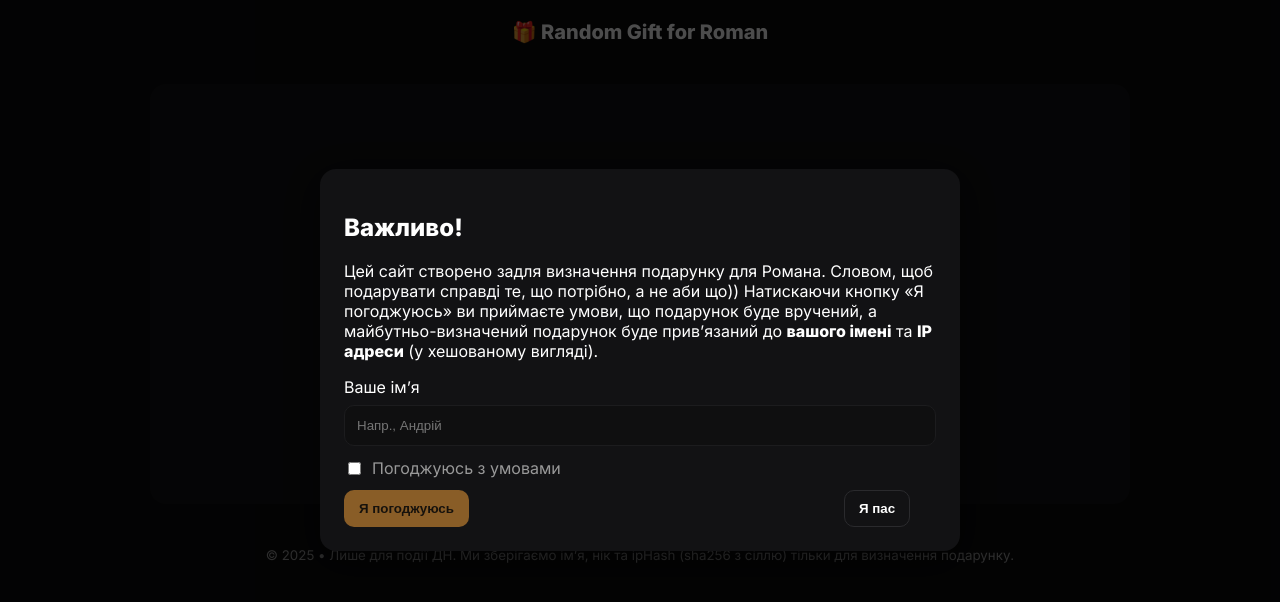
Repository: torunok/random-gift-roman
Page: docs/index.html
These files come from the project's save history. The page is drawn as it stood at one moment and after the next save; the edit follows.
The browser window is 1280 px wide. The pictures show the whole page.
The page's requests for data from a server got no answer.

Above is the page before, as saved 2025-11-10 15:15:44.

### docs/index.html
<!DOCTYPE html>
<html lang="uk">
  <head>
    <meta charset="utf-8" />
    <meta name="viewport" content="width=device-width, initial-scale=1" />
    <title>Random Gift for Roman</title>
    <link rel="preconnect" href="https://fonts.googleapis.com" />
    <link rel="preconnect" href="https://fonts.gstatic.com" crossorigin />
    <link href="https://fonts.googleapis.com/css2?family=Inter:wght@400;600;800&display=swap" rel="stylesheet" />
    <link rel="stylesheet" href="./styles.css" />
  </head>
  <body>
    <div id="app">
      <header class="header">
        <h1>🎁 Random Gift for Roman</h1>
      </header>

      <main class="main">
        <!-- Контейнер для сценаріїв/анімацій -->
        <section id="stage" class="stage"></section>
      </main>

      <footer class="footer">
        <small>© 2025 • Лише для події ДН. Ми зберігаємо ім’я, нік та ipHash (sha256 з сіллю) тільки для визначення подарунку. </small>
      </footer>
    </div>

    <!-- Модалка з умовами -->
    <div class="modal" id="consentModal" aria-hidden="true">
      <div class="modal-content">
        <h2>Важливо!</h2>
        <p>
          Цей сайт створено задля визначення подарунку для Романа. Словом, щоб подарувати справді те, що потрібно, а не аби що)) Натискаючи кнопку «Я погоджуюсь» ви приймаєте умови, що подарунок буде вручений, а
          майбутньо-визначений подарунок буде прив’язаний до <strong>вашого імені</strong> та <strong>IP адреси</strong> (у хешованому вигляді).
        </p>
        <label class="field">
          <span>Ваше ім’я</span>
          <input id="inputName" type="text" placeholder="Напр., Андрій" />
        </label>
        <label class="check">
          <input id="checkboxAgree" type="checkbox" />
          <span>Погоджуюсь з умовами</span>
        </label>
        <div class="actions">
          <button id="btnAgree" class="btn btn-primary" disabled>Я погоджуюсь</button>
          <button id="btnPass" class="btn btn-ghost">Я пас</button>
        </div>
      </div>
    </div>

    <script>
      window.API_BASE = "https://random-gift-roman.myhappyb.workers.dev"; // приклад: https://random-gift-roman.yourname.workers.dev
    </script>
    <script src="./app.js" defer></script>
  </body>
</html>

### docs/styles.css
:root {
    --bg: #0B0B0C;
    --fg: #FFFFFF;
    --muted: #999;
    --accent: #FFA73B;
    --panel: #121214;
}

* {
    box-sizing: border-box
}

html,
body {
    margin: 0;
    padding: 0;
    background: var(--bg);
    color: var(--fg);
    font-family: Inter, system-ui, -apple-system, Segoe UI, Roboto, Ubuntu, "Helvetica Neue", Arial, sans-serif
}

.header {
    padding: 20px;
    display: flex;
    justify-content: center
}

.header h1 {
    font-size: 20px;
    font-weight: 800;
    margin: 0
}

.header--admin {
    justify-content: flex-start
}

.main {
    display: flex;
    justify-content: center;
    align-items: center;
    min-height: 60vh;
    padding: 20px
}

.stage {
    width: min(980px, 94vw);
    min-height: 420px;
    border-radius: 16px;
    background: var(--panel);
    padding: 24px;
    position: relative;
    overflow: hidden
}

.footer {
    padding: 20px;
    text-align: center;
    color: var(--muted)
}

.modal {
    position: fixed;
    inset: 0;
    background: rgba(0, 0, 0, .7);
    display: flex;
    align-items: center;
    justify-content: center;
    z-index: 50
}

.modal[aria-hidden="true"] {
    display: none
}

.modal-content {
    background: var(--panel);
    width: min(640px, 94vw);
    padding: 24px;
    border-radius: 16px;
    box-shadow: 0 10px 40px rgba(0, 0, 0, .5)
}

.field {
    display: flex;
    flex-direction: column;
    gap: 8px;
    margin: 12px 0
}

.field input,
.field textarea {
    background: #0f0f10;
    border: 1px solid #1c1c1e;
    color: var(--fg);
    border-radius: 10px;
    padding: 12px
}

.check {
    display: flex;
    align-items: center;
    gap: 8px;
    margin: 12px 0;
    color: var(--muted)
}

.actions {
    display: flex;
    gap: 12px;
    margin-top: 12px
}

.btn {
    appearance: none;
    border: 1px solid transparent;
    padding: 10px 14px;
    border-radius: 10px;
    font-weight: 600;
    cursor: pointer
}

.btn-primary {
    background: var(--accent);
    color: #1b1205
}

.btn-ghost {
    margin-bottom: 400px;
    margin-left: 500px;
    position: fixed;
    background: transparent;
    border-color: #2a2a2d;
    color: white;
}

.btn:disabled {
    opacity: .5;
    cursor: not-allowed
}

.card {
    background: var(--panel);
    padding: 16px;
    border-radius: 12px;
    box-shadow: 0 8px 30px rgba(0, 0, 0, .3);
    margin-bottom: 16px
}

.table {
    width: 100%;
    border-collapse: collapse
}

.table th,
.table td {
    border-bottom: 1px solid #1e1e22;
    padding: 10px;
    text-align: left
}

.hidden {
    display: none
}

.row {
    display: flex;
    gap: 12px;
    align-items: center;
    margin: 8px 0
}

/* Анімації */
.fade-in {
    animation: fade-in .5s ease forwards
}

@keyframes fade-in {
    from {
        opacity: 0
    }

    to {
        opacity: 1
    }
}

.slide-left {
    animation: slide-left .6s ease forwards
}

@keyframes slide-left {
    from {
        opacity: 0;
        transform: translateX(-30px)
    }

    to {
        opacity: 1;
        transform: none
    }
}

.slide-right {
    animation: slide-right .6s ease forwards
}

@keyframes slide-right {
    from {
        opacity: 0;
        transform: translateX(30px)
    }

    to {
        opacity: 1;
        transform: none
    }
}

.scale-in {
    animation: scale-in .5s ease forwards
}

@keyframes scale-in {
    from {
        opacity: 0;
        transform: scale(.92)
    }

    to {
        opacity: 1;
        transform: scale(1)
    }
}

/* Спец екрани */
.full-black {
    position: absolute;
    inset: 0;
    background: #000;
    display: flex;
    align-items: center;
    justify-content: center;
    color: #fff;
    font-size: 28px
}

.center {
    display: flex;
    align-items: center;
    justify-content: center
}

/* Блок подарунку + опис як суцільний */
.gift-wrap {
    display: flex;
    gap: 20px;
    align-items: center;
    justify-content: center;
    flex-wrap: wrap
}

.gift-img {
    max-width: min(60vw, 480px);
    border-radius: 12px;
    box-shadow: 0 10px 40px rgba(0, 0, 0, .6)
}

.gift-desc {
    max-width: 520px;
    background: #101012;
    border: 1px solid #202026;
    padding: 16px 20px;
    border-radius: 12px
}

/* Фото зліва + текст справа */
.intro {
    display: flex;
    gap: 20px;
    align-items: center;
    justify-content: center;
    flex-wrap: wrap
}

.intro .photo {
    width: 160px;
    height: 160px;
    border-radius: 16px;
    overflow: hidden
}

.intro .photo img {
    width: 100%;
    height: 100%;
    object-fit: cover
}

.intro .text {
    max-width: 560px
}

### docs/app.js
// ========== БАЗА ==========
const API = () => (window.API_BASE || '').replace(/\/$/, '');
const $ = (s, r = document) => r.querySelector(s);
const $$ = (s, r = document) => Array.from(r.querySelectorAll(s));
const stage = $('#stage');
const consentModal = $('#consentModal');
const inputName = $('#inputName');
const checkboxAgree = $('#checkboxAgree');
const btnAgree = $('#btnAgree');
const btnPass = $('#btnPass');

const sleep = (ms) => new Promise(r => setTimeout(r, ms));
const el = (html) => { const d = document.createElement('div'); d.innerHTML = html.trim(); return d.firstElementChild; };
function escapeHtml(str = '') { return String(str).replace(/[&<>"]+/g, s => ({ "&": "&amp;", "<": "&lt;", ">": "&gt;", "\"": "&quot;" }[s])); }

// Безпечний fetch API з лімітованим парсингом
async function api(path, opts = {}) {
  const url = API() + path;
  let res;
  try {
    res = await fetch(url, {
      ...opts,
      headers: { 'Content-Type': 'application/json', ...(opts.headers || {}) }
    });
  } catch (e) {
    // офлайн / розірване з'єднання
    throw new Error('Немає інтернету або сервер недоступний');
  }
  const text = await res.text();
  let data = {};
  try { data = text ? JSON.parse(text) : {}; } catch { /* залишимо як {} */ }
  if (!res.ok) {
    const msg = (data && data.error) ? data.error : (text || `HTTP ${res.status}`);
    throw new Error(msg);
  }
  return data;
}

// Абсолютний URL до зображення
function absoluteUrl(u = '') {
  if (!u) return '';
  if (/^https?:\/\//i.test(u)) return u;
  // відносні шляхи (наприклад, /img/gifts/....webp) — префіксуємо Worker'ом
  return API() + u;
}

// ====== CONSENT ======
function showConsent() { consentModal?.setAttribute('aria-hidden', 'false'); }
function hideConsent() { consentModal?.setAttribute('aria-hidden', 'true'); }

checkboxAgree?.addEventListener('change', () => {
  btnAgree.disabled = !(checkboxAgree.checked && inputName.value.trim().length >= 2);
});
inputName?.addEventListener('input', () => {
  btnAgree.disabled = !(checkboxAgree.checked && inputName.value.trim().length >= 2);
});

btnPass?.addEventListener('click', () => {
  const msg = el(`<div class="card fade-in"><h2>Дякую за щирість! Гарного дня 😄</h2></div>`);
  stage.innerHTML = ''; stage.appendChild(msg); hideConsent();
  api('/api/agree', { method: 'POST', body: JSON.stringify({ name: 'PASS' }) }).catch(() => {});
});

btnAgree?.addEventListener('click', async () => {
  const name = inputName.value.trim();
  if (!name) return;

  try {
    await api('/api/agree', { method: 'POST', body: JSON.stringify({ name }) });
  } catch (e) {
    // навіть якщо не відпрацює — дамо юзеру рухатись далі
    console.warn('agree failed:', e.message);
  }

  hideConsent();

  // якщо вже є призначення — показуємо фінал
  try {
    const me = await api('/api/me', { method: 'GET' });
    if (me && me.assigned) return renderFinal(me.gift, me.name, me.telegram);
  } catch { /* тихо */ }

  renderIntro(name);
});

// ====== СЦЕНИ ======
function renderIntro(name) {
  stage.innerHTML = '';
  const block = el(`
    <div class="intro fade-in">
      <div class="photo slide-left"><img src="./images/roman.png" alt="Roman"/></div>
      <div class="text slide-right">
        <h2>Привітик, ${escapeHtml(name)}! Тут все просто 🙂</h2>
        <p>Буде рандом, який обере подарунок, який ти повинен подарувати мені на день народження.
        Нагадаю, це буде <strong>28 листопада</strong>.</p>
        <button id="btnGo" class="btn btn-primary">Даю добро на рандом!</button>
      </div>
    </div>
  `);
  stage.appendChild(block);
  block.querySelector('#btnGo').addEventListener('click', startRandom);
}

function makeOverlay() {
  const blackout = el(`<div id="blackOverlay" class="full-black">...</div>`);
  return blackout;
}

async function startRandom() {
  stage.innerHTML = '';
  // чорний екран ефект
  const blackout = makeOverlay();
  stage.appendChild(blackout);

  // ефект + підказка
  await sleep(2000);
  blackout.textContent = 'Все ґуд, це просто такий ефект)';

  // відлік 5..1
  await sleep(700);
  for (let i = 5; i >= 1; i--) {
    blackout.textContent = String(i);
    await sleep(700);
  }

  // тягнемо подарунок
  let res;
  try {
    res = await api('/api/random', { method: 'GET' }); // {gift} або {already:true,gift}
  } catch (e) {
    $('#blackOverlay')?.remove();
    alert('Помилка під час отримання подарунка: ' + e.message);
    return;
  }

  const gift = res?.gift || (res?.already ? res.gift : null);
  if (!gift || !gift.imageUrl) {
    $('#blackOverlay')?.remove();
    if (res && res.error === 'no_active_gifts') {
      alert('Немає активних подарунків. Увімкни хоча б один у адмінці.');
    } else {
      alert('Подарунок не отримано. Спробуй ще раз або перевір дані в адмінці.');
    }
    return;
  }

  // прибираємо чорний екран і запускаємо послідовність показу
  $('#blackOverlay')?.remove();
  await showGiftSequence(gift);
}

// коротка послідовність: центр фото → потім фото + опис
async function showGiftSequence(gift) {
  stage.innerHTML = '';

  // 1) показ фото по центру
  const first = el(`
    <div class="center">
      <img class="gift-img scale-in" id="giftImgCenter" src="${escapeHtml(absoluteUrl(gift.imageUrl))}" alt="gift"/>
    </div>
  `);
  stage.appendChild(first);
  await sleep(3000);

  // 2) зменшити фото і додати опис праворуч
  stage.innerHTML = '';
  const wrap = el(`
    <div class="gift-wrap fade-in">
      <img class="gift-img" src="${escapeHtml(absoluteUrl(gift.imageUrl))}" alt="gift"/>
      <div class="gift-desc">
        <h3>${escapeHtml(gift.title || 'Подарунок')}</h3>
        <p>${escapeHtml(gift.description || 'Опис')}</p>
      </div>
    </div>
  `);
  stage.appendChild(wrap);

  // 3) через 10с показати "І це все?"
  await sleep(300);
  const moreBtn = el(`<div class="center"><button id="btnMore" class="btn btn-ghost">І це все?</button></div>`);
  stage.appendChild(moreBtn);
  moreBtn.querySelector('#btnMore').addEventListener('click', showThanksForm);
}

function showThanksForm() {
  stage.innerHTML = '';
  const view = el(`
    <div class="intro fade-in">
      <div class="photo slide-left"><img src="./images/roman.png" alt="Roman"/></div>
      <div class="text slide-right">
        <h2>Щиро вдячний!</h2>
        <p>Буду радий розділити цей момент із вами. А поки запишіть свій нік у Telegram, щоб я пізніше повідомив дату, місце та час).</p>
      </div>
    </div>
  `);
  const form = el(`
    <div class="card fade-in" style="margin-top:16px;">
      <label class="field"><span>Ваш Telegram-нік</span>
        <input id="tgNick" type="text" placeholder="@nickname" />
      </label>
      <div class="actions center"><button id="btnMeet" class="btn btn-primary">Зустрінемось</button></div>
    </div>
  `);
  stage.append(view, form);
  setTimeout(() => form.classList.add('scale-in'), 500);
  form.querySelector('#btnMeet').addEventListener('click', finalizeUser);
}

async function finalizeUser() {
  const nick = $('#tgNick').value.trim();
  if (nick.length < 3) { alert('Вкажіть коректний нік (3+ символи)'); return; }

  try {
    await api('/api/finalize', { method: 'POST', body: JSON.stringify({ telegram: nick }) });
  } catch (e) {
    alert('Не вдалося зберегти нік: ' + e.message);
    return;
  }

  try {
    const me = await api('/api/me', { method: 'GET' });
    if (me && me.assigned) return renderFinal(me.gift, me.name, me.telegram);
  } catch (e) {
    alert('Не вдалося отримати фінальні дані: ' + e.message);
  }
}

function renderFinal(gift, name, tg) {
  stage.innerHTML = '';
  const block = el(`
    <div class="gift-wrap fade-in">
      <img class="gift-img" src="${escapeHtml(absoluteUrl(gift.imageUrl || ''))}" alt="gift"/>
      <div class="gift-desc">
        <h3>${escapeHtml(gift.title || 'Подарунок')}</h3>
        <p>${escapeHtml(gift.description || 'Опис')}</p>
        <hr style="border-color:#222;margin:12px 0;"/>
        <div style="display:flex;align-items:center;gap:10px;">
          <img src="./images/roman.png" alt="Roman" style="width:64px;height:64px;border-radius:10px;object-fit:cover"/>
          <div>
            <div><strong>Для:</strong> ${escapeHtml(name || 'Друг')}</div>
            ${tg ? `<div><strong>Telegram:</strong> ${escapeHtml(tg)}</div>` : ''}
          </div>
        </div>
      </div>
    </div>
  `);
  stage.appendChild(block);
}

// ===== INIT =====
(async function init() {
  showConsent();

  // якщо юзер вже має призначення — показати одразу (без згоди)
  try {
    const me = await api('/api/me', { method: 'GET' });
    if (me && me.assigned) {
      hideConsent();
      return renderFinal(me.gift, me.name, me.telegram);
    }
  } catch {
    // може бути офлайн/сервер недоступний — просто чекаємо взаємодії
  }
})();

After the next save:
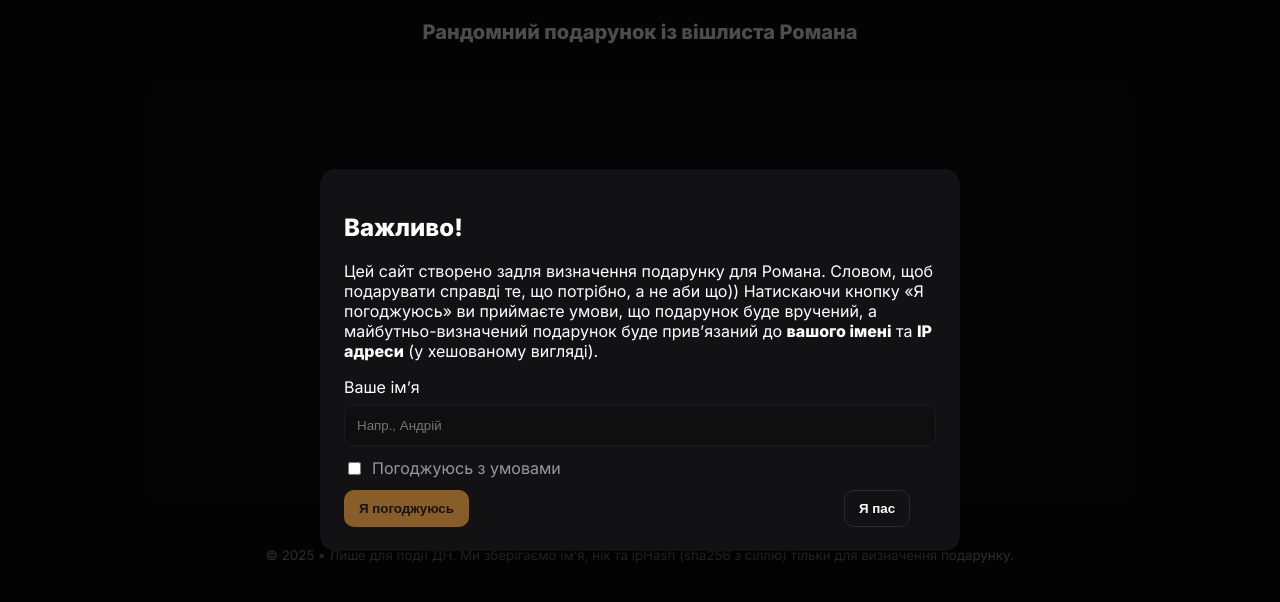
Saved 94 s later.
--- a/docs/index.html
+++ b/docs/index.html
@@ -12,7 +12,7 @@
   <body>
     <div id="app">
       <header class="header">
-        <h1>🎁 Random Gift for Roman</h1>
+        <h1>Рандомний подарунок із вішлиста Романа</h1>
       </header>
 
       <main class="main">
